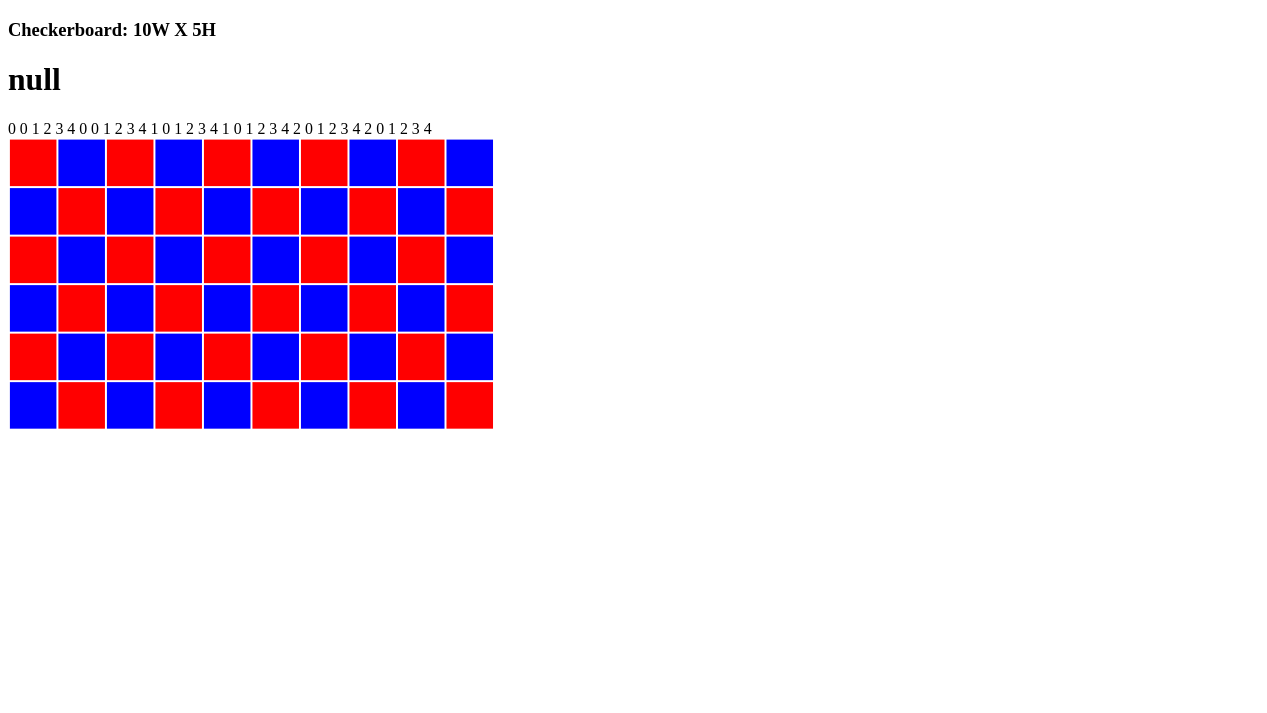
Repository: ben-mandakh/Java-Projects
Page: http://localhost/CheckerBoard/CheckerBoard.jsp
An editor plug-in stored every save of this project. The page is shown before and after the next save, followed by the edit.
The browser window is 1280 px wide. The pictures show the whole page, at 99% of full size.
The page is served by Tomcat 9.

Above is the page before, as saved 2019-08-09 03:00:38.

After the next save:
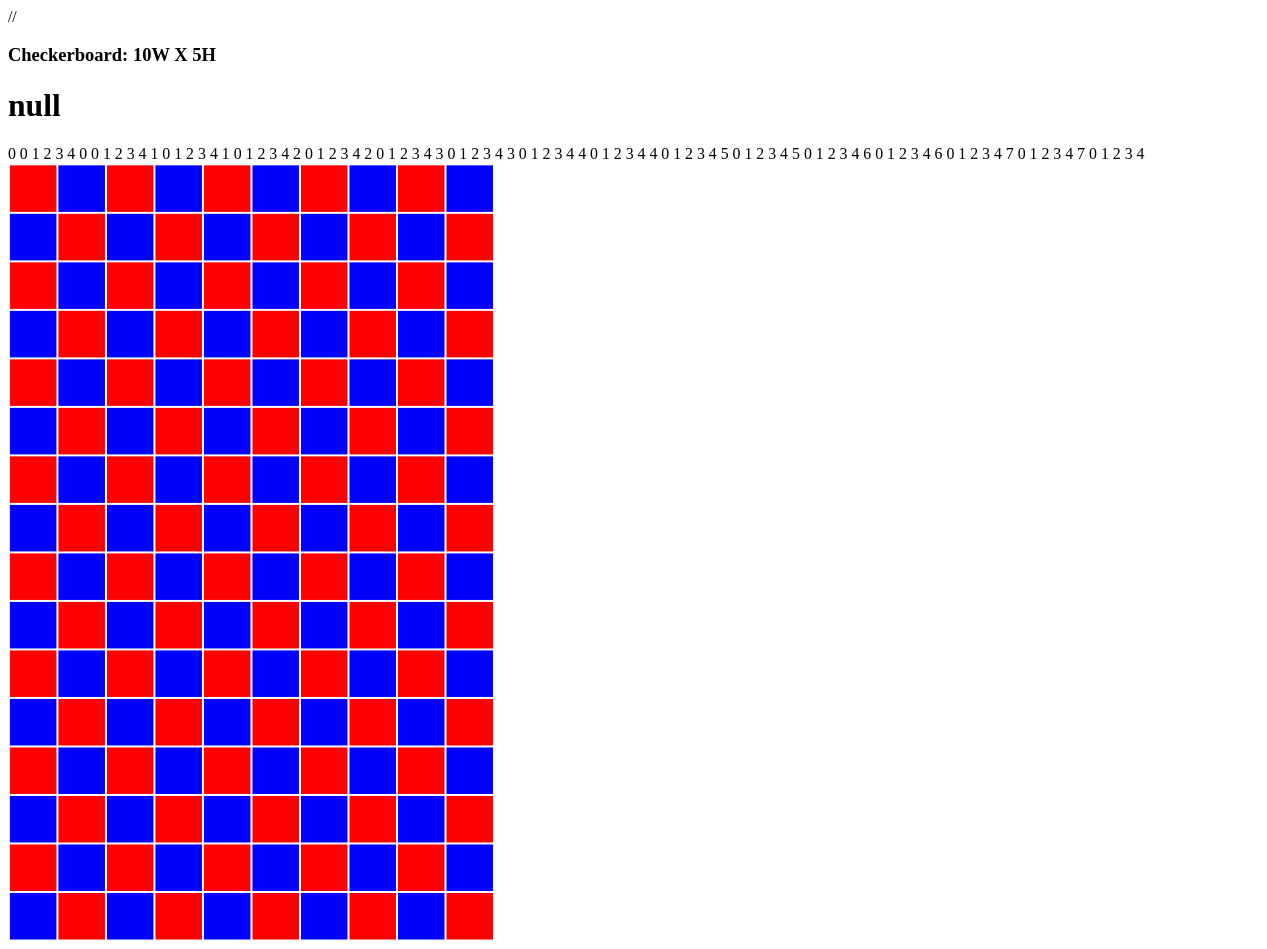
Saved 4 min 9 s later.
--- a/CheckerBoard/WebContent/CheckerBoard.jsp
+++ b/CheckerBoard/WebContent/CheckerBoard.jsp
@@ -9,14 +9,14 @@
 <body>
 
 
-	<h3> Checkerboard: 10W X 5H</h3>
+	//<h3> Checkerboard: 10W X 5H</h3>
 	<!-- getting the value for the name parameter -->
     <% String req = request.getParameter("name"); %>
     <!-- displaying the value -->
     <h1><%= req %></h1>
 
  	<%!
-	int a = 3;
+	int a = 8;
 	int b = 5;
 	%>
 
@@ -27,8 +27,8 @@
 			 	<%= j %>
 				<th style="width:45px; height:45px; background-color: red"> </th>
 				<th style="width:45px; height:45px; background-color: blue"> </th>
-				<% } %>
-				 <%= i %>
+			<% } %>
+				<%= i %>
 			</tr>
 			<tr>
 				<% for(int j = 0; j<b; j++){ %>
